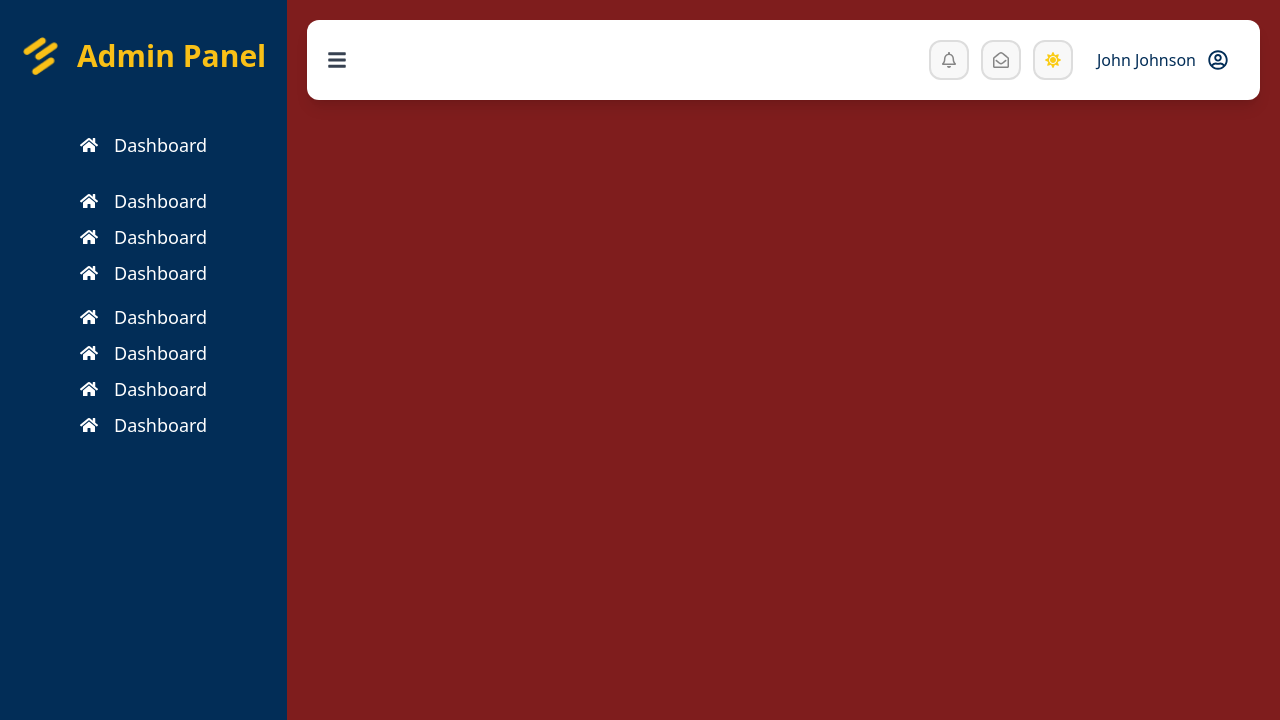
Repository: farrelmuhammad/redesign-bo
Page: /
An editor plug-in stored every save of this project. The page is shown before and after the next save, followed by the edit.
The browser window is 1280 px wide. The pictures show the whole page.
The project was rebuilt for these pictures with package versions that can differ from the ones it lists, and the page was loaded fresh each time. Also part of the build but not shown: src/App.css.

Above is the page before, as saved 2024-03-02 19:51:51.

After the next save:
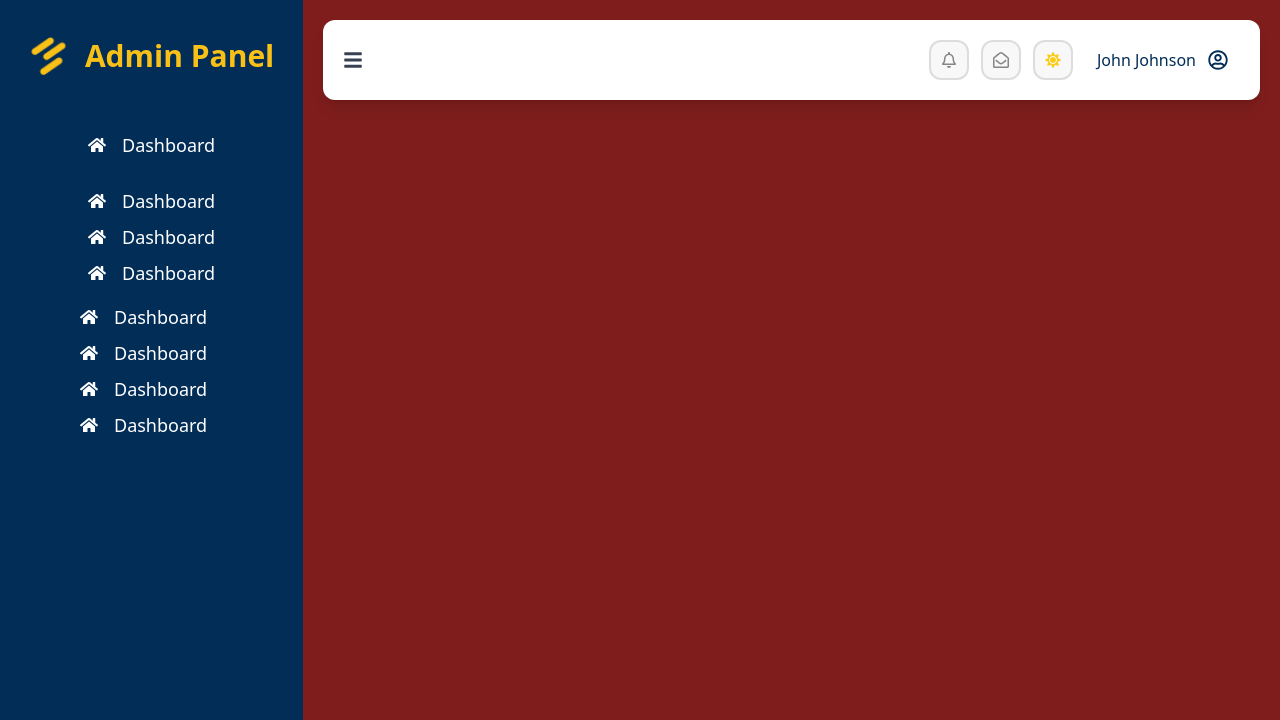
Saved 16 s later.
--- a/src/components/Sidebar.tsx
+++ b/src/components/Sidebar.tsx
@@ -10,7 +10,7 @@ const Sidebar = () => {
                 <h1 className='font-bold text-3xl text-[#F9C017]'>Admin Panel</h1>
             </div>
             <div className="flex flex-col h-full w-full justify-start gap-4 items-start py-5 px-20">
-                <ul className='flex flex-col gap-2 w-full font-medium text-lg'>
+                <ul className='flex flex-col gap-2 w-full px-2 font-medium text-lg'>
                     <li className='w-full'>
                         <button className='flex flex-row justify-start w-full items-center gap-4 py-5 w-full hover:rounded-xl hover:bg-[#3996DC] hover:bg-opacity-[20%] hover:'>
                         <FaHome /> Dashboard
